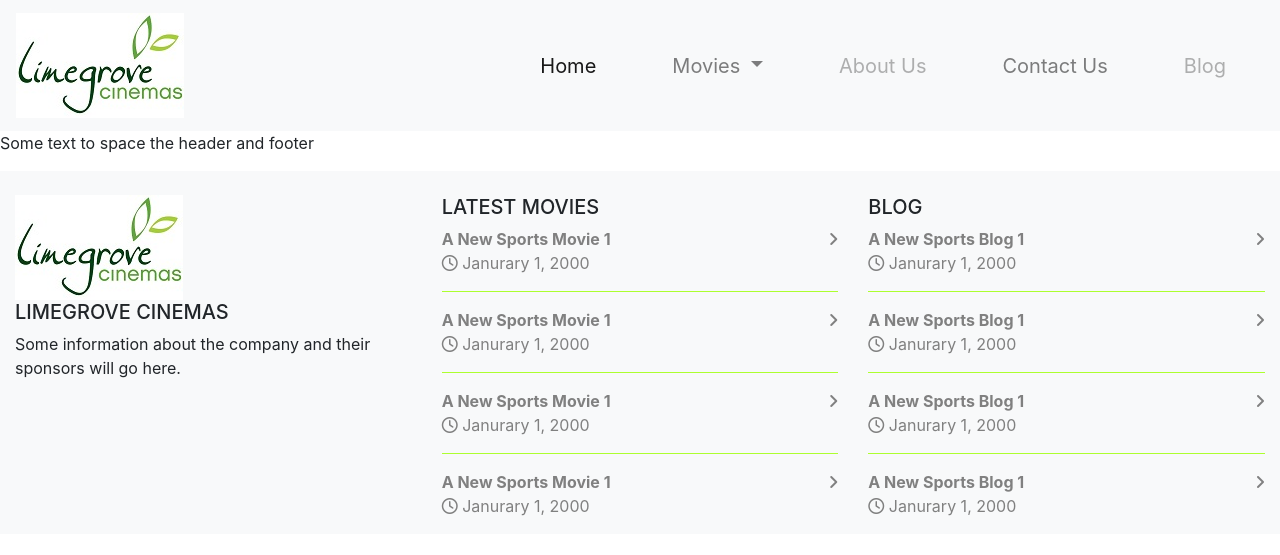
Repository: SimplyZacc/movie-web-template
Page: http://localhost/contactus.php
The author's editor kept a copy of each file at every save. The page is drawn from the files as they stood at one save, then again after the next save.
The browser window is 1280 px wide. The pictures show the whole page.
Some web libraries are served in a nearby version. The page is run by PHP 8.4 with error messages shown; the project is at /var/www/html/.

Above is the page before, as saved 2020-03-28 11:38:50.

After the next save:
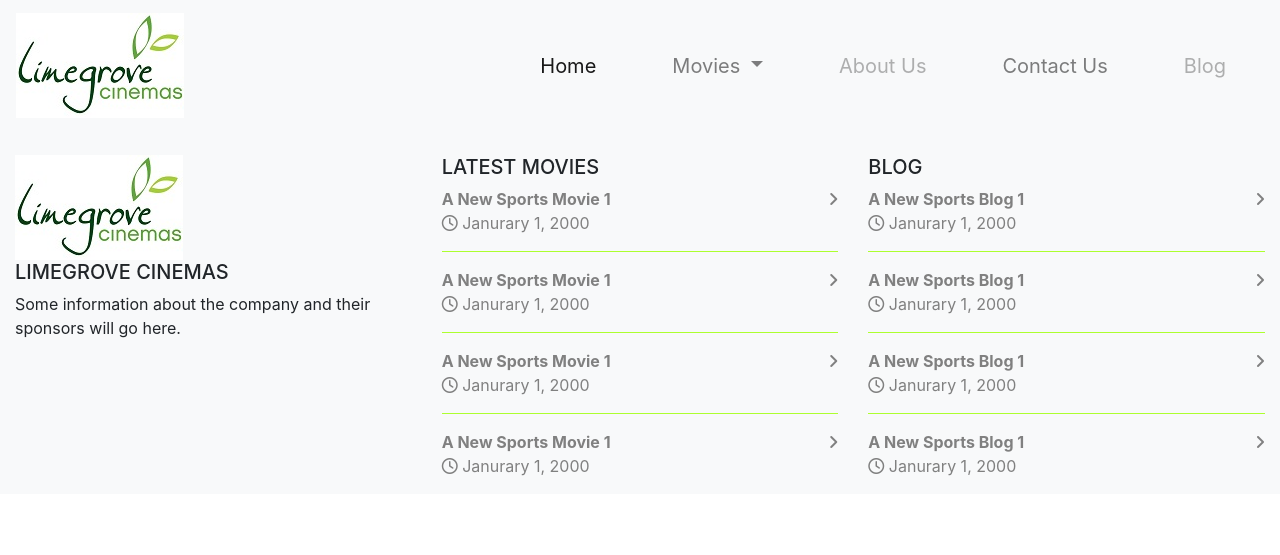
Saved 10 s later.
--- a/contactus.php
+++ b/contactus.php
@@ -5,6 +5,5 @@
 include "templates/header.php";
 ?>
 
-<p class="footer-linkaaaaa">Some text to space the header and footer</p>
 
 <?php include "templates/footer.php"; ?>

After the save that followed:
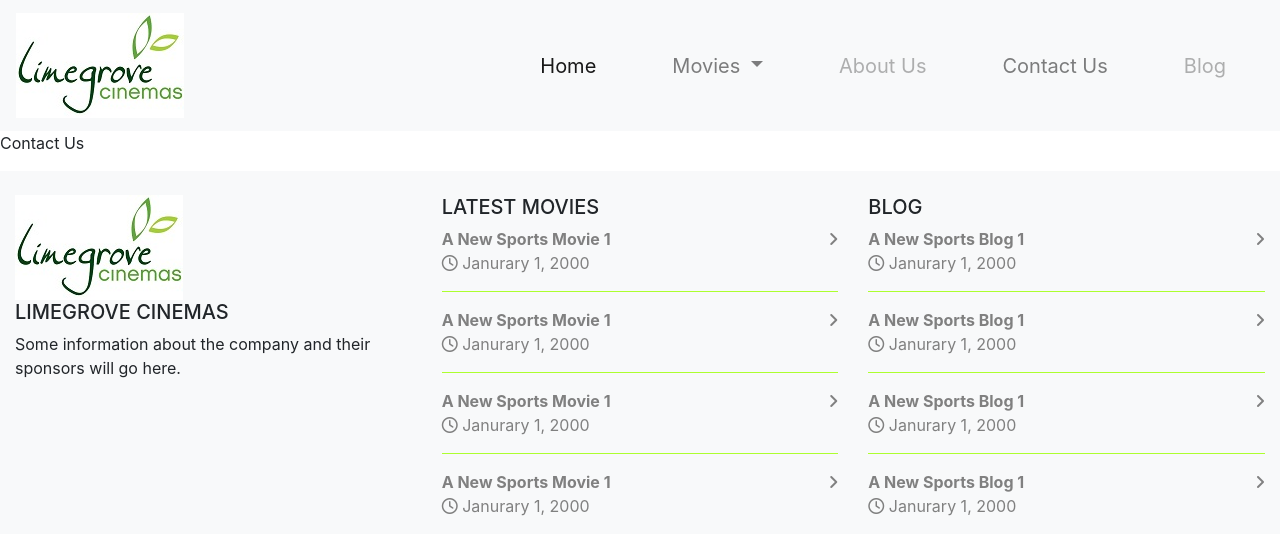
Saved 8 s later.
--- a/contactus.php
+++ b/contactus.php
@@ -5,5 +5,6 @@
 include "templates/header.php";
 ?>
 
+<p class="footer-linkaaaaa">Contact Us</p>
 
 <?php include "templates/footer.php"; ?>
